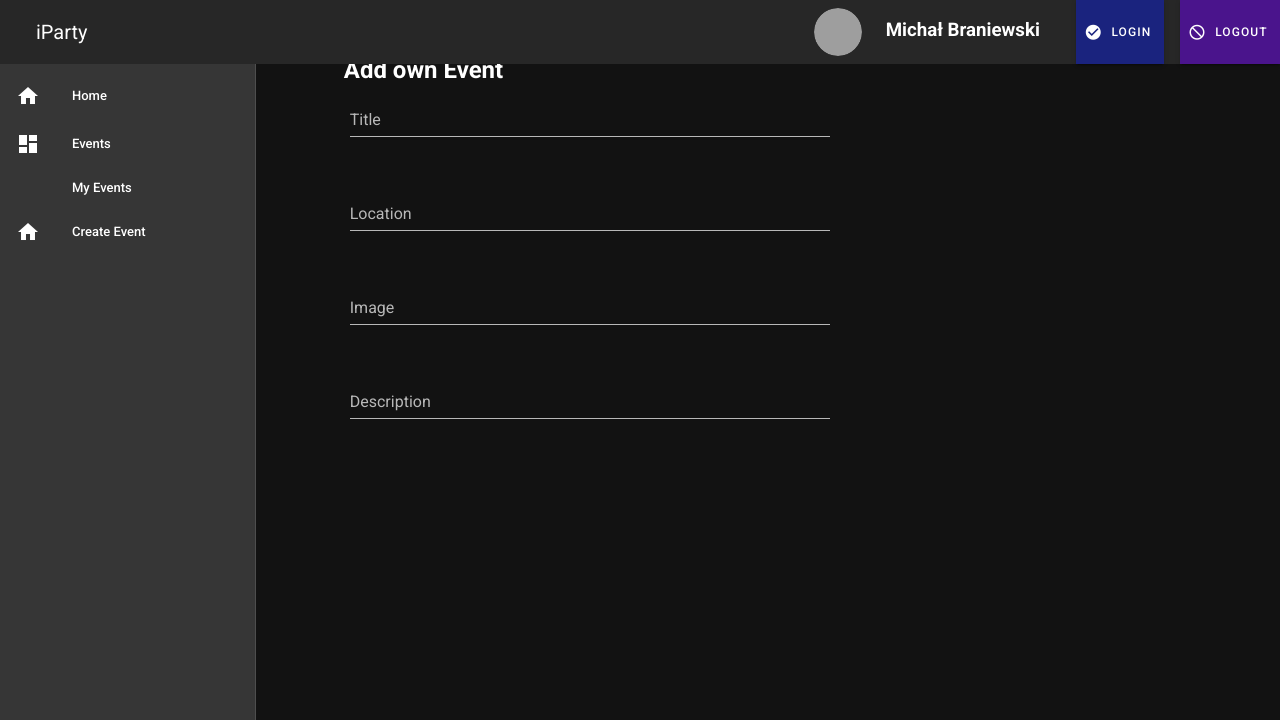
Repository: hexanek/partyapp
Page: /#/addevent
The author's editor kept a copy of each file at every save. The page is drawn from the files as they stood at one save, then again after the next save.
The browser window is 1280 px wide. The pictures show the whole page.
Pictures or frames that could not be fetched are drawn as grey boxes. The project was rebuilt for these pictures with package versions that can differ from the ones it lists, and the page was loaded fresh each time. Also part of the build but not shown: vue.config.js, src/components/Popup.vue, src/components/Gmap.vue, src/components/Home.vue.

Above is the page before, as saved 2020-01-26 15:02:16.

After the next save:
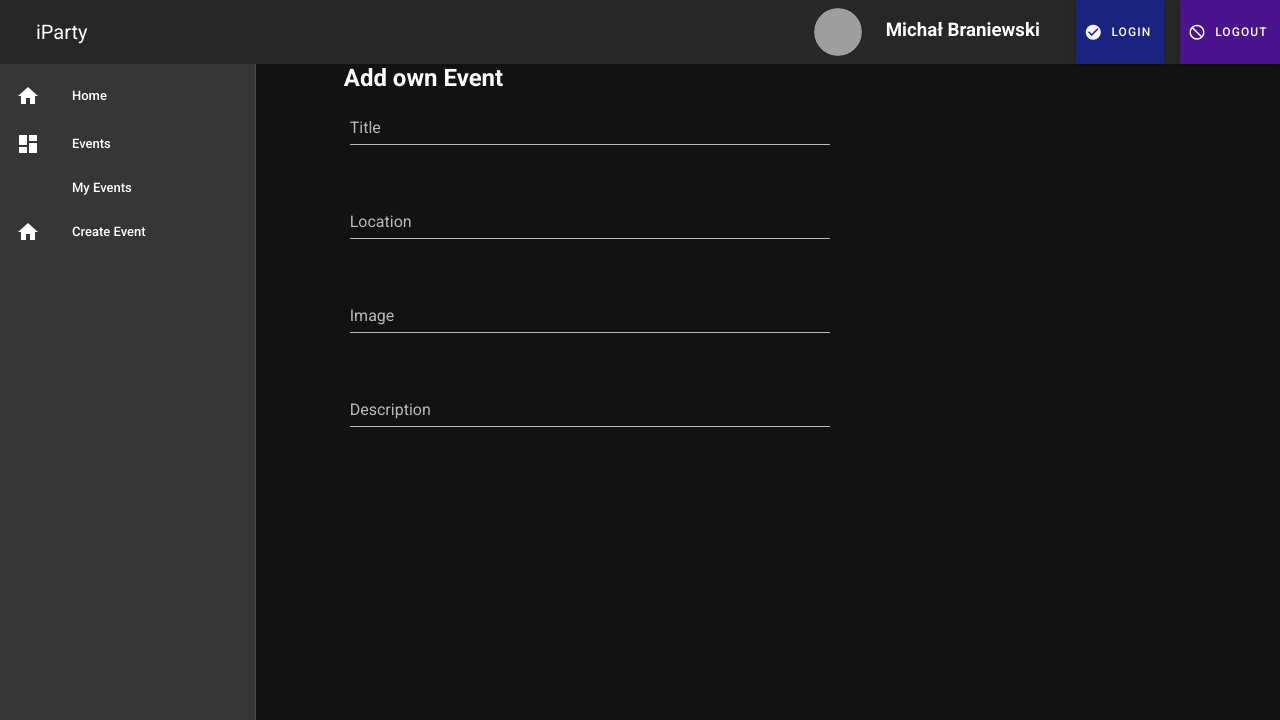
Saved 10 s later.
--- a/src/components/Event/EventForm.vue
+++ b/src/components/Event/EventForm.vue
@@ -1,6 +1,6 @@
 <template>
     <div class="content">
-        <v-container mt-12 pt-4>
+        <v-container mt-12 pt-6>
             <v-layout row>
                 <v-flex xs-12 offset-sm3 center>
                     <h2>Add own Event</h2>
